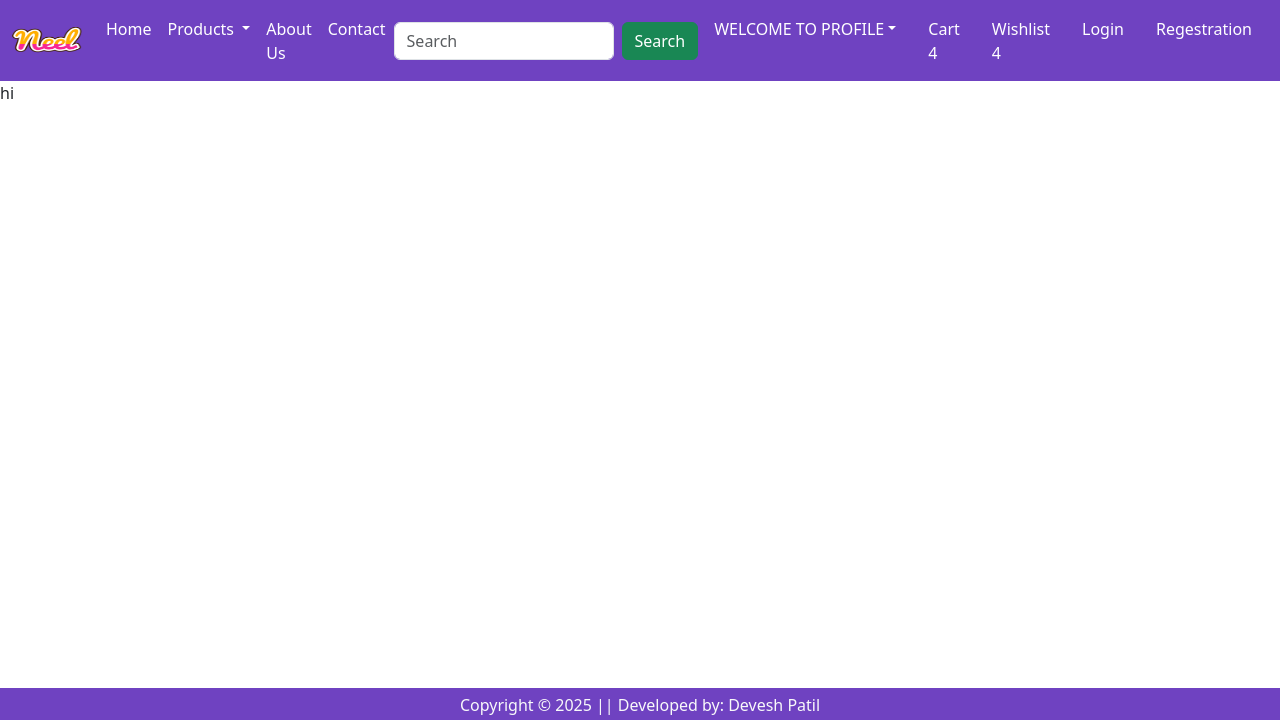
Repository: DeveshPatill/mydjango
Page: http://localhost/profile/
The author's editor kept a copy of each file at every save. The page is drawn from the files as they stood at one save, then again after the next save.
The browser window is 1280 px wide. The pictures show the whole page.
The page is served by the project's application, run on Django 5.2 (ec/manage.py).

Above is the page before, as saved 2025-03-24 16:20:38.

After the next save:
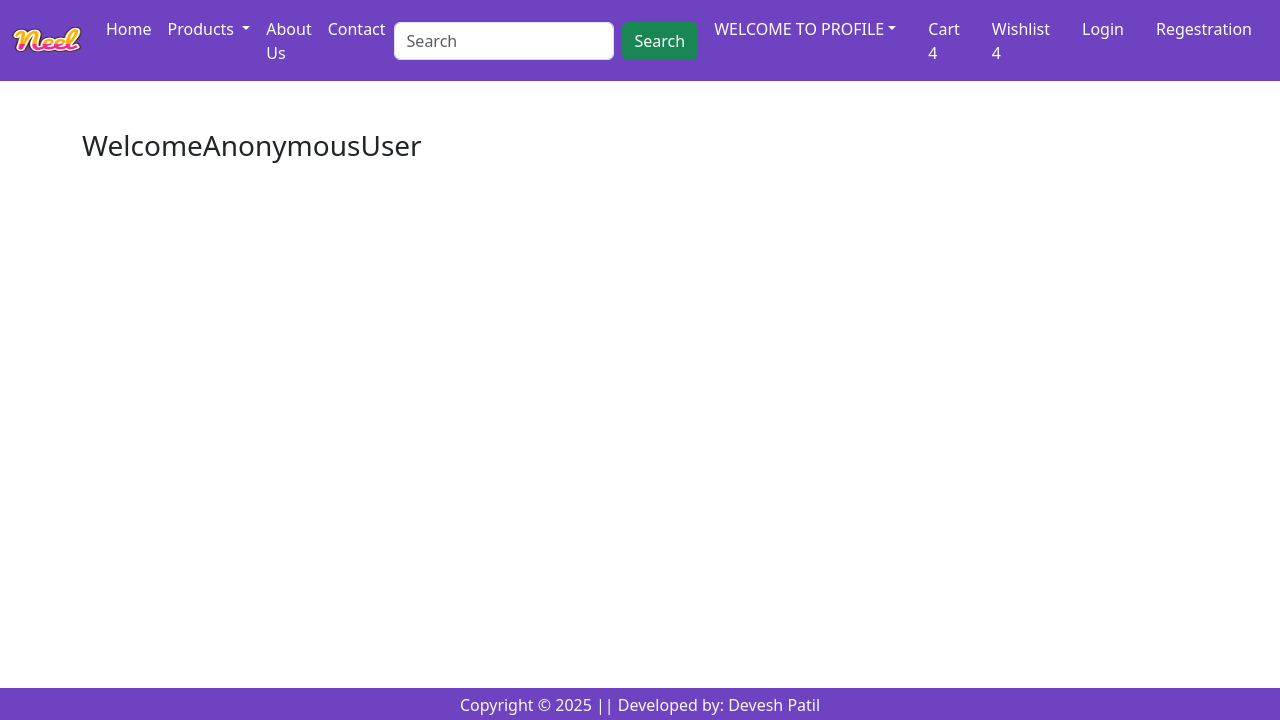
Saved 6 min 5 s later.
--- a/ec/app/templates/app/profile.html
+++ b/ec/app/templates/app/profile.html
@@ -5,6 +5,10 @@
 
 
 {% block main-content %}
+<div class="container my-5">
+    <div class="row">
+        <h3>Welcome<span class="text-capitalize">{{request.user}}</span></h3>
+    </div>
 
-hi
+</div>
 {% endblock main-content %}
